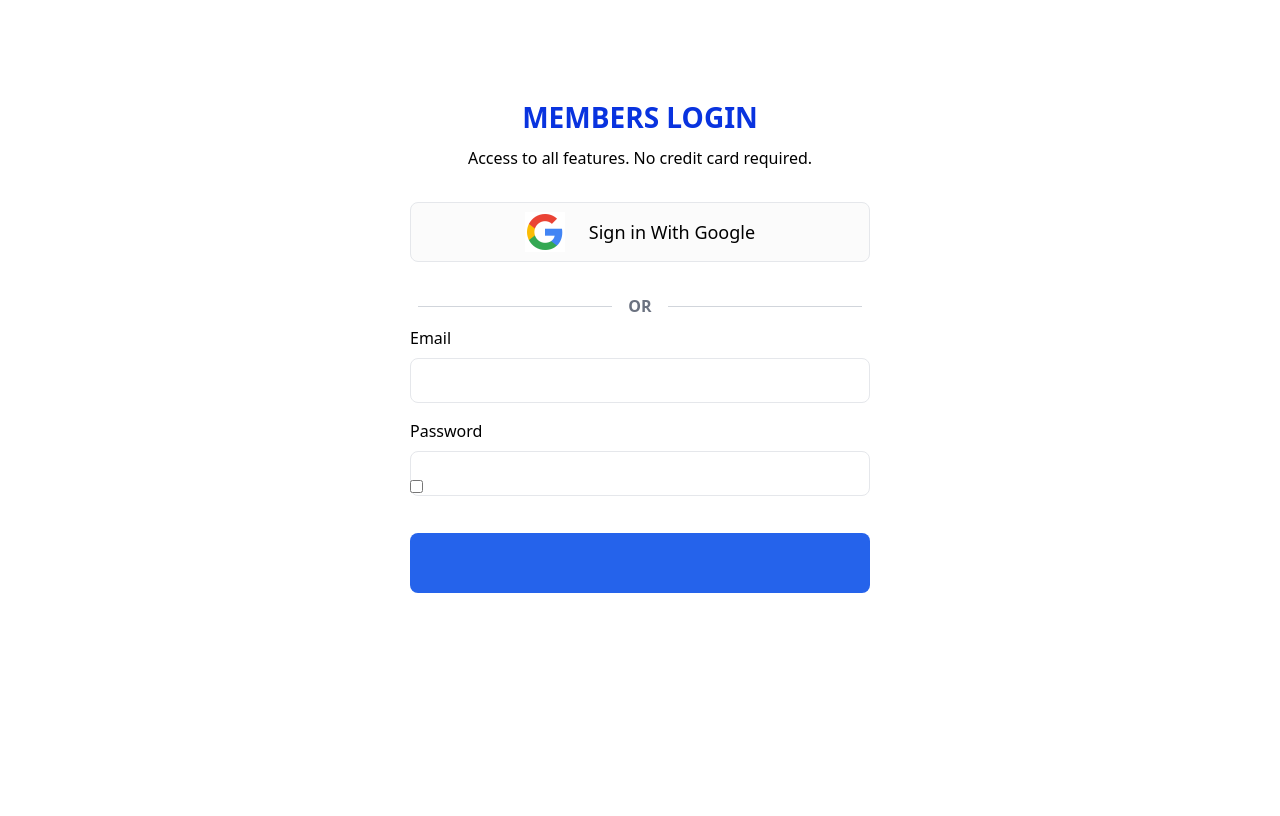
Repository: MaramMaryam/login
Page: login.html
The author's editor kept a copy of each file at every save. The page is drawn from the files as they stood at one save, then again after the next save.
The browser window is 1280 px wide. The pictures show the whole page.
Some web libraries are served in a nearby version.

Above is the page before, as saved 2023-06-29 11:49:16.

After the next save:
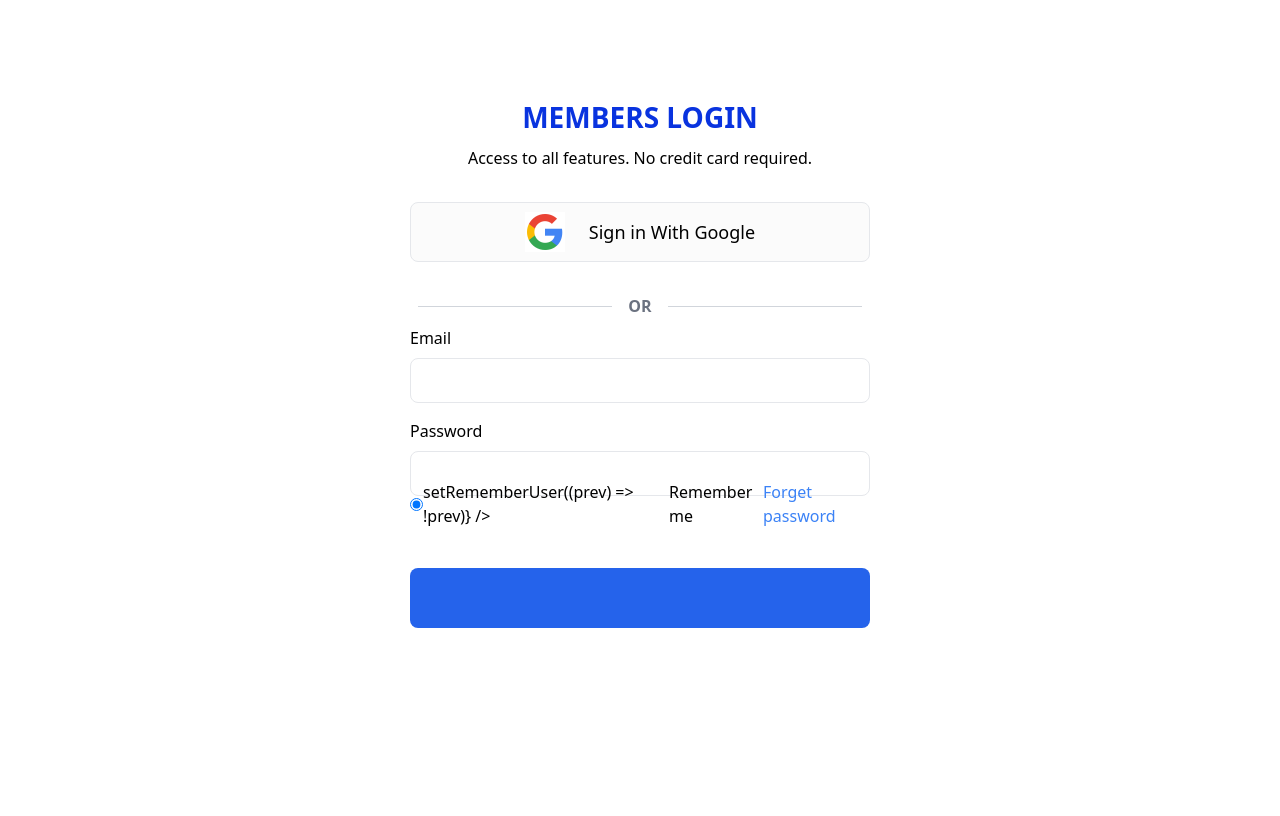
Console error (its wording comes from the project's code and is left out).
Saved 3 min 8 s later.
--- a/login.html
+++ b/login.html
@@ -66,12 +66,12 @@
                 </div>
             </div>
             <div class="flex items-center justify-between my-2">
-                <label class="flex items-center">
-                    <input type="checkbox" class="mr-2">
-                    <!-- Remember Me Label -->
+                <label class="flex items-center cursor-pointer">
+                    <input type="radio" class="form-radio" name="rememberMe" checked={rememberUser} onclick={() => setRememberUser((prev) => !prev)} />
+                    <span class="ml-2">Remember me</span>
                 </label>
-                <a href="/" class="text-blue-600">
-                    <!-- Forget Password Label -->
+                <a href="/" class="text-blue-500">
+                    Forget password
                 </a>
             </div>
             <button class="h-[60px] w-full bg-blue-600 hover:opacity-80 mt-8 text-white uppercase rounded-lg" disabled>

After the save that followed:
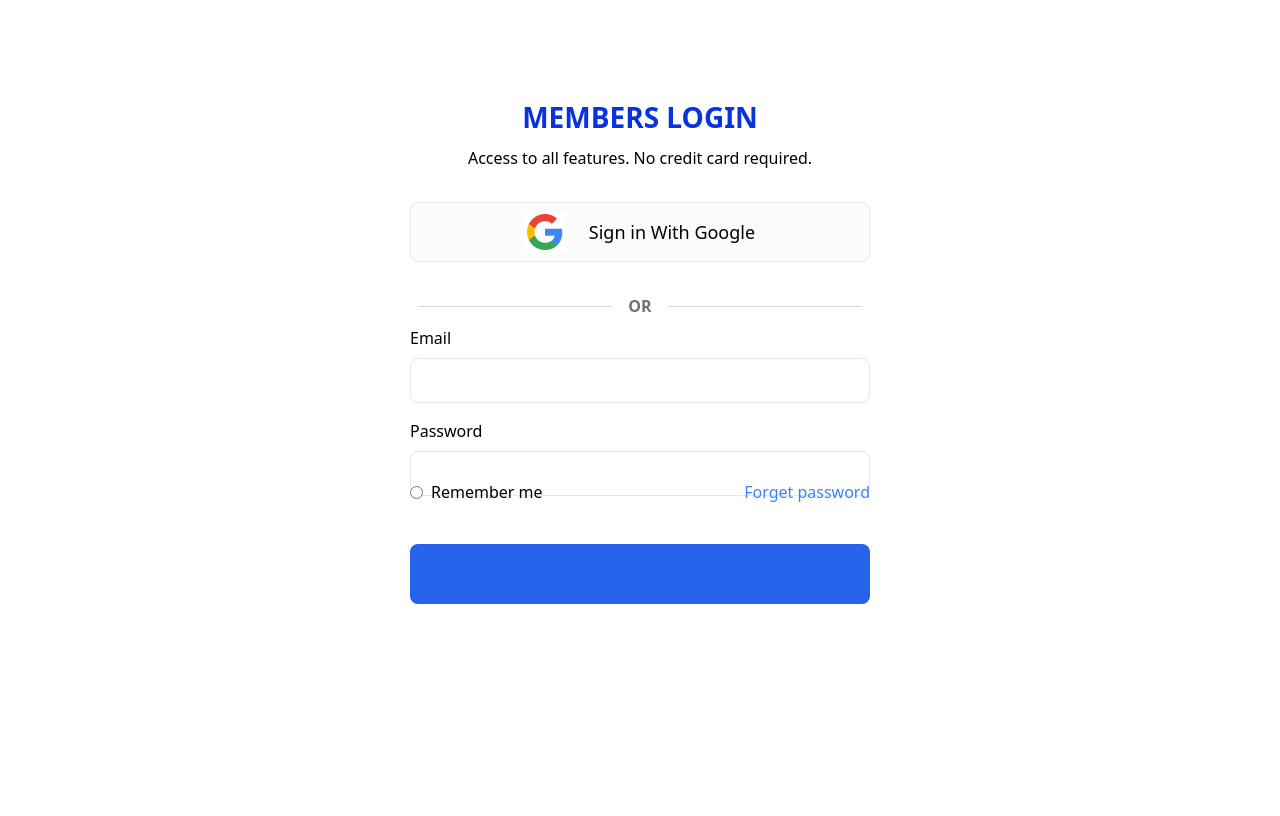
The error is gone.
Saved 21 s later.
--- a/login.html
+++ b/login.html
@@ -67,7 +67,7 @@
             </div>
             <div class="flex items-center justify-between my-2">
                 <label class="flex items-center cursor-pointer">
-                    <input type="radio" class="form-radio" name="rememberMe" checked={rememberUser} onclick={() => setRememberUser((prev) => !prev)} />
+                    <input type="radio" class="form-radio" name="rememberMe" />
                     <span class="ml-2">Remember me</span>
                 </label>
                 <a href="/" class="text-blue-500">
